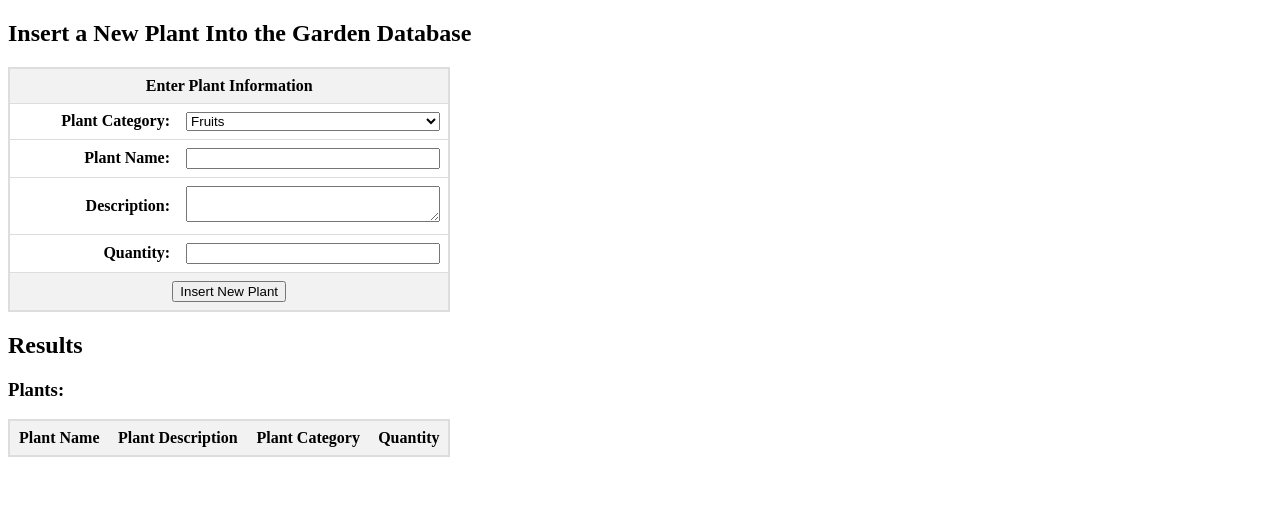
Repository: bkyncl/csd-430
Page: http://localhost/kyncl_08/form.jsp
An editor plug-in stored every save of this project. The page is shown before and after the next save, followed by the edit.
The browser window is 1280 px wide. The pictures show the whole page.
The page is served by Tomcat 9. The template is opened directly, without the code that normally fills it, so the values that code supplies are empty.

Above is the page before, as saved 2023-07-04 08:44:05.

After the next save:
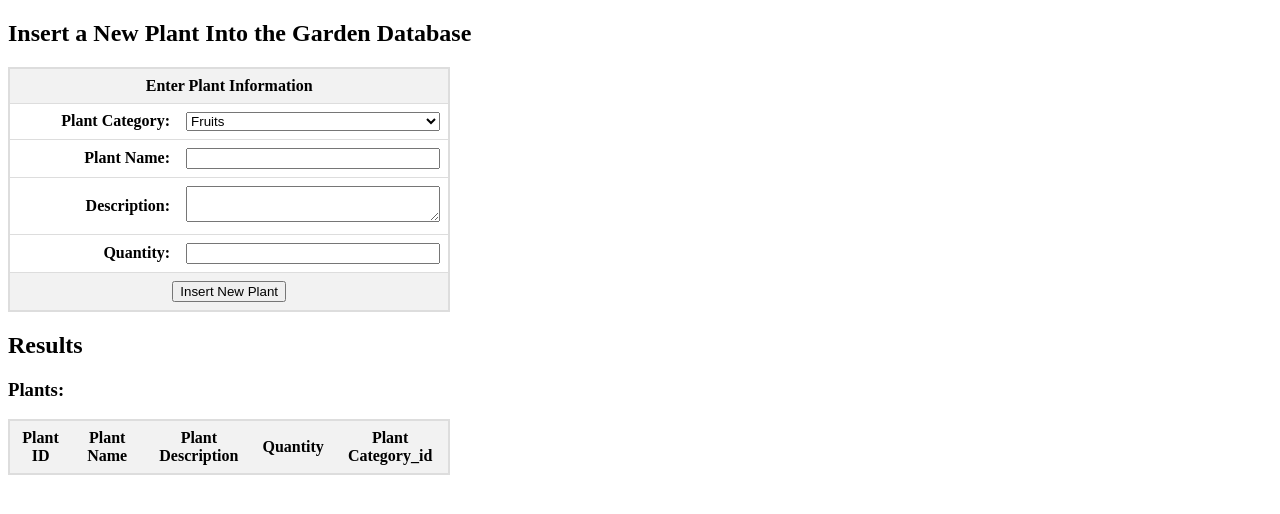
Saved 92 s later.
--- a/kyncl_08/src/main/webapp/form.jsp
+++ b/kyncl_08/src/main/webapp/form.jsp
@@ -107,10 +107,12 @@
     <h3>Plants:</h3>
     <table>
         <tr>
+            <th>Plant ID</th>
             <th>Plant Name</th>
             <th>Plant Description</th>
-            <th>Plant Category</th>
             <th>Quantity</th>
+            <th>Plant Category_id</th>
+
         </tr>
         <c:forEach var="plant" items="${plants}">
             <tr>
